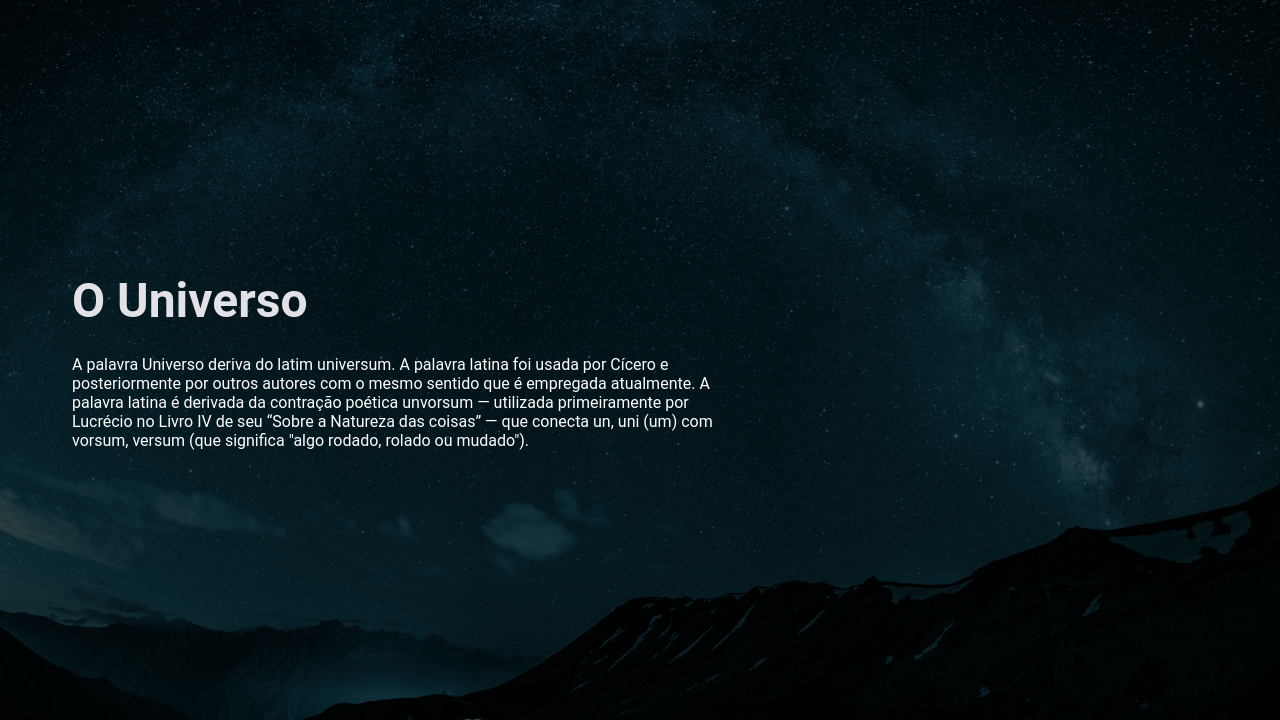
Repository: eltonneiferson/spaUniverse
Page: universe.html
The author's editor kept a copy of each file at every save. The page is drawn from the files as they stood at one save, then again after a run of saves.
The browser window is 1280 px wide. The pictures show the whole page.

Above is the page before, as saved 2022-10-26 23:01:00.

After the next 2 saves:
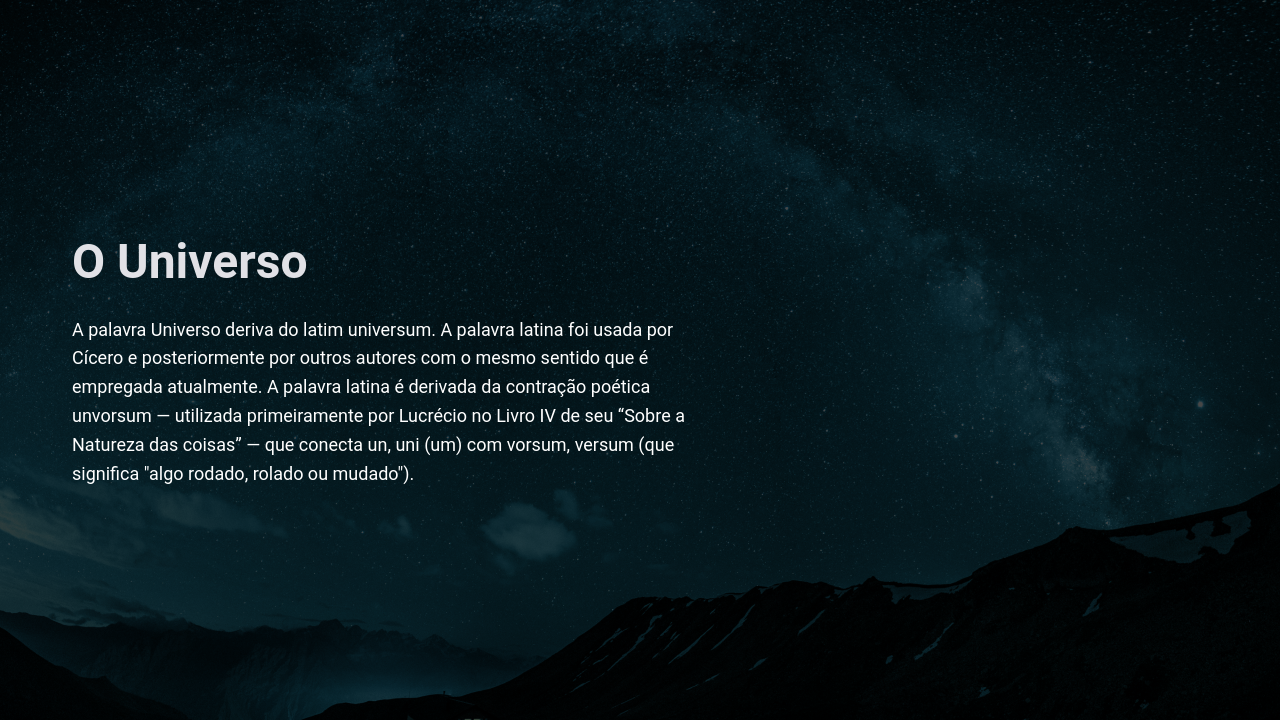
The 2 saves are shown as one change because they came seconds apart.
The last was saved 108 s later.
--- a/index.css
+++ b/index.css
@@ -64,6 +64,9 @@ main#universe {
 
 main#universe p {
     width: 648px;
+    font-weight: 400;
+font-size: 18px;
+line-height: 160%;
 }
 
 main h1 {
